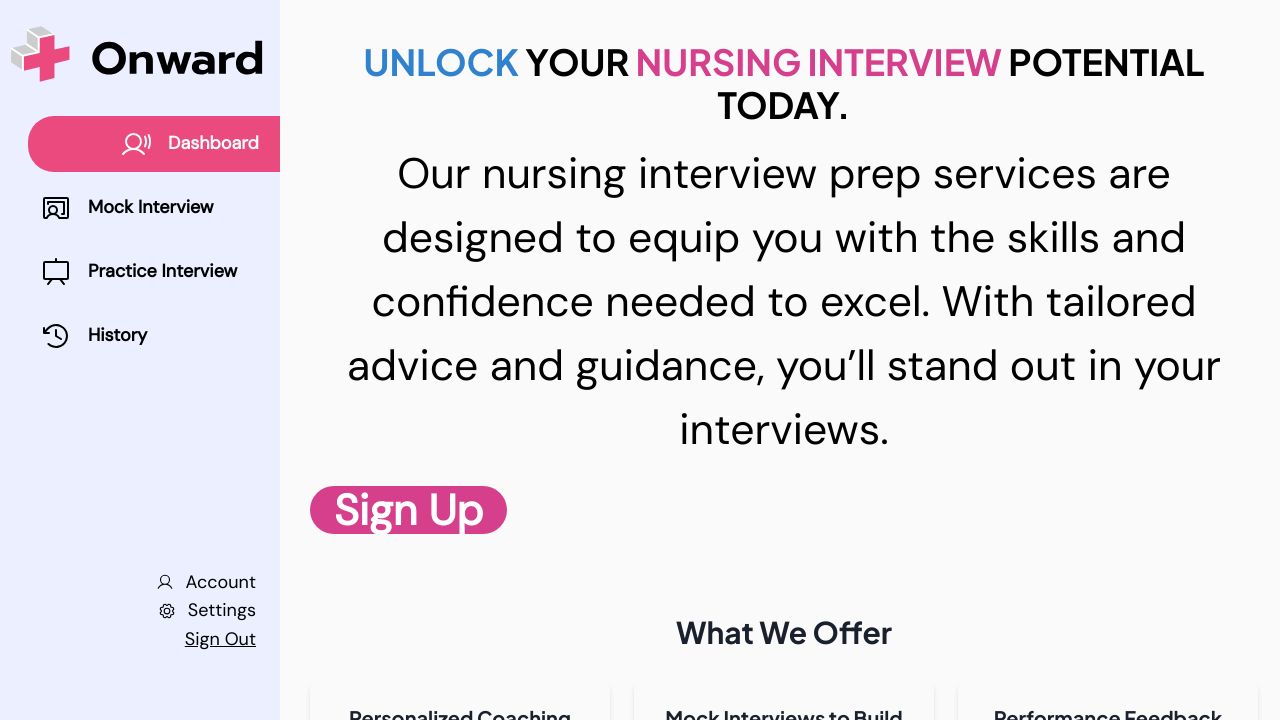
Repository: Aladdin3r/onward
Page: /landing-page
The author's editor kept a copy of each file at every save. The page is drawn from the files as they stood at one save, then again after a run of saves.
The browser window is 1280 px wide. The pictures show the whole page.
An inner scrolling area shows only its first screen. The project was rebuilt for these pictures with package versions that can differ from the ones it lists, and the page was loaded fresh each time. The framework's server and built-in components were replaced by stand-ins that run in the browser. Also part of the build but not shown: next.config.mjs, styles/components/AppTopNav.js.

Above is the page before, as saved 2024-10-29 01:33:14.

### pages/_app.js
import { ChakraProvider } from "@chakra-ui/react";
import theme from "@/styles/theme";

function MyApp({ Component, pageProps }) {
  return (
    <ChakraProvider theme={theme}>
      <Component {...pageProps} />
    </ChakraProvider>
  );
}

export default MyApp;

### pages/_document.js
import { Html, Head, Main, NextScript } from "next/document";

export default function Document() {
  return (
    <Html lang="en">
      <Head>
        <link
          href="https://fonts.googleapis.com/css2?family=DM+Sans:wght@400&family=Plus+Jakarta+Sans:wght@400;600;700&display=swap"
          rel="stylesheet"
        />
      </Head>
      <body>
        <Main />
        <NextScript />
      </body>
    </Html>
  );
}

### pages/landing-page.js
import {
    Box,
    Flex,
    Heading,
    Text,
    Stack,
    Button,
    Accordion,
    AccordionItem,
    AccordionButton,
    AccordionPanel,
    AccordionIcon
  } from "@chakra-ui/react";
  import Layout from "@/styles/components/Layout";
  import TopNav from "@/styles/components/TopNav";
  import { useRouter } from 'next/router';

  export default function Home() {
    const router = useRouter();

    // Button action function
    const handleSignUp = () => {
      router.push('/signup'); // Navigate to the sign-up page
    };

    return (
      <Layout>
        {/* Hero Section */}
        <Box  color="black" p={10} textAlign="center">
          <Heading fontFamily="heading" fontSize="4xl" fontWeight="bold" mb={4}>
            <Text as="span" color="blue.500">UNLOCK </Text>
            <Text as="span" color="black">YOUR </Text>
            <Text as="span" color="pink.500">NURSING INTERVIEW </Text>
            <Text as="span">POTENTIAL TODAY.</Text>
          </Heading>
          <Text fontFamily="body" fontSize="lg" mb={6}>
            Our nursing interview prep services are designed to equip you with the skills and confidence needed to excel. With tailored advice and guidance, you’ll stand out in your interviews.
          </Text>
          <Button colorScheme="pink" size="lg" onClick={handleSignUp}>Sign Up</Button>
        </Box>

        {/* What We Offer Section */}
        <Box p={10} textAlign="center" >
          <Heading fontFamily="heading" fontSize="3xl" mb={8}>What We Offer</Heading>
          <Flex justify="center" gap={6}>
            <Stack width="300px" borderRadius="md" boxShadow="md" p={6} textAlign="center">
              <Heading fontFamily="heading" fontSize="xl" mb={4}>Personalized Coaching for Your Success</Heading>
              <Text fontFamily="body">
                Receive AI coaching sessions tailored to your unique needs.
              </Text>
            </Stack>
            <Stack width="300px" borderRadius="md" boxShadow="md" p={6} textAlign="center">
              <Heading fontFamily="heading" fontSize="xl" mb={4}>Mock Interviews to Build Your Confidence</Heading>
              <Text fontFamily="body">
                Participate in realistic mock interviews to refine your skills.
              </Text>
            </Stack>
            <Stack width="300px" borderRadius="md" boxShadow="md" p={6} textAlign="center">
              <Heading fontFamily="heading" fontSize="xl" mb={4}>Performance Feedback for Your Empowerment</Heading>
              <Text fontFamily="body">
                Receive personalized feedback to refine your responses and improve your performance.
              </Text>
            </Stack>
          </Flex>
        </Box>

        {/* FAQ Section */}
        <Box  p={10} borderRadius="md" boxShadow="lg" maxW="1000px" mx="auto">
          <Heading fontFamily="heading" fontSize="3xl" textAlign="left" mb={4}>FAQs</Heading>
          <Text fontFamily="body" fontSize="s" textAlign="left" mb={8}>
            Find answers to about our nursing interview preperation
          </Text>
          <Accordion allowToggle>
            <AccordionItem>
              <h2>
                <AccordionButton>
                  <Box as="span" flex="1" textAlign="left" fontFamily="heading">What is Onward?</Box>
                  <AccordionIcon />
                </AccordionButton>
              </h2>
              <AccordionPanel pb={4} fontFamily="body">
                Onward is an AI-powered personal interview coach designed for nurses to enhance their job interview skills.
              </AccordionPanel>
            </AccordionItem>
            <AccordionItem>
              <h2>
                <AccordionButton>
                  <Box as="span" flex="1" textAlign="left" fontFamily="heading">Who is this for?</Box>
                  <AccordionIcon />
                </AccordionButton>
              </h2>
              <AccordionPanel pb={4} fontFamily="body">
                This service is designed for nurses, especially those new to the Canadian healthcare system.
              </AccordionPanel>
            </AccordionItem>
            <AccordionItem>
              <h2>
                <AccordionButton>
                  <Box as="span" flex="1" textAlign="left" fontFamily="heading">Do you keep my data and audio files?</Box>
                  <AccordionIcon />
                </AccordionButton>
              </h2>
              <AccordionPanel pb={4} fontFamily="body">
                Yes, we securely store data as per our privacy policy to enhance your interview coaching experience.
              </AccordionPanel>
            </AccordionItem>
            <AccordionItem>
              <h2>
                <AccordionButton>
                  <Box as="span" flex="1" textAlign="left" fontFamily="heading">Why did we make this site?</Box>
                  <AccordionIcon />
                </AccordionButton>
              </h2>
              <AccordionPanel pb={4} fontFamily="body">
                Onward aims to empower nurses by providing interview preparation tools tailored to their needs.
              </AccordionPanel>
            </AccordionItem>
          </Accordion>
        </Box>
      </Layout>
    );
  }

### styles/theme.js
import { extendTheme } from "@chakra-ui/react";
import { theme as chakraTheme } from "@chakra-ui/react";
import Button from './components/Button';
import { Stepper } from "@chakra-ui/react";

const fonts = {
    ...chakraTheme.fonts,
    body: "DM Sans",
    heading: "Plus Jakarta Sans",
}

const overrides = {
    ...chakraTheme,
    fonts,
    components: {
        Button: {
            ...Button,
        },
    },
    fontWeights: {
        normal: 400,
        medium: 500,
        bold: 700,
    },
    fontSizes: {
        xxs: "14pt",
        xs: "16pt",
        sm: "20pt",
        md: "24pt",
        lg: "32pt",
    },
    colors: {
       brand: {
        blushPink: "#EA4A7D",
        pastelBlue: "#CBD5FF",
        blueberryCreme: "#EBEFFF",
        frostWhite: "#FAFAFA",
        nightBlack: "#1f1f1f",
        platinum: "#e2e2e2",
        confirmationGreen: "#61CD3D",
        imperialRed: "EA4A4D",
        canaryYellow: "#EAE84A",
        oceanBlue: "#214DDF",
        pureWhite: "#FFFFFF"
        }
    },
    styles: {
        global: {
            body: {
                bg: "frostWhite",
            },
        },
    },
}

const customTheme = extendTheme(overrides);

export default customTheme;

### styles/components/Layout.js
import { useEffect, useState } from "react";
import { useRouter } from "next/router";
import { SideNavBar } from "@/styles/components/SideNav";
import AppTopNav from "@/styles/components/AppTopNav";
import { Box, Flex } from "@chakra-ui/react";
import { ChalkboardTeacher, ClockCounterClockwise, UserSound, Presentation, User, Gear  } from "@phosphor-icons/react";

export default function Layout({ children, pageTitle, showTopNav}) {
  const router = useRouter();
  const [activeVariant, setActiveVariant] = useState("default");

  const variants = {
    default: "/",
    variant2: "/mock-interview",
    variant3: "/practice-interview",
    variant4: "/history",
  };

  const bottomVariants = {
    account: {
      label: "Account",
      icon: <User size={18} />, // Ensure the icon is imported
      path: "/account"
    },
    settings: {
      label: "Settings",
      icon: <Gear size={18} />, // Ensure the icon is imported
      path: "/settings"
    },
    signOut: {
      label: "Sign Out",
      icon: null,
      path: "/"
    }
  };


  // Update active link based on the URL
  useEffect(() => {
    const currentPath = router.pathname;
    const foundVariant = Object.keys(variants).find(
      (key) => variants[key] === currentPath ||
                (Array.isArray(variants[key]) && variants[key].some(p => currentPath.startsWith(p))) // Checks if path starts with variant path
    );
    setActiveVariant(foundVariant || "default");
  }, [router.pathname]);

  return (
    <Flex width="100%" height="100vh" overflow="hidden" bg="brand.frostWhite">
      {/* Sidebar */}
      <Box
        as="nav"
        position="fixed"
        height="100vh"
        bg="white"
        zIndex="1000"
      >
        <SideNavBar activeVariant={activeVariant} bottomVariants={bottomVariants}/>
      </Box>

      {/* main content area */}
      <Box flex="1" marginLeft="72" overflowY="auto">
      {showTopNav && <AppTopNav  />}


        {/* interview app content */}
        <Box
          minH="100vh"
          maxWidth={{ base: "100%", md: "1200px" }}
          mx="auto"
          bg="brand.frostWhite"
        >
          <Flex justify="center">
            <main>{children}</main>
          </Flex>
        </Box>
      </Box>
    </Flex>
  );
}

### styles/components/Button.js
const Button = {
    baseStyle: {
      display: 'flex',
      borderRadius: '999px',
      fontFamily: 'DM Sans',
      _hover: {
        boxShadow: '0px 4px 4px 0px rgba(0, 0, 0, 0.45)',
      },
      padding: 3,
    },
    sizes: {
      xs: {
        fontSize: ['12pt', '14pt', '16pt'], // Responsive font sizes for xs
        px: [2, 3], // Responsive padding
      },
      sm: {
        fontSize: ['14pt', '16pt', '20pt'],
        px: [2, 4],
      },
      md: {
        fontSize: ['16pt', '20pt', '24pt'],
        px: [3, 5],
      },
      lg: {
        fontSize: ['20pt', '28pt', '32pt'],
        px: [4, 6],
      },
    },
    variants: {
      lgPrimary: {
        bg: 'brand.blushPink',
        color: 'brand.frostWhite',
        width: ['100%', '325px'], // 100% width on smaller screens
        height: '72px',
        fontSize: ['20pt', '28pt', '32pt'], // Responsive font size
        borderRadius: '999px',
      },
      mdPrimary: {
        bg: 'brand.blushPink',
        color: 'brand.frostWhite',
        width: ['100%', '225px'],
        height: '72px',
        fontSize: ['16pt', '20pt', '24pt'],
        borderRadius: '999px',
      },
      smPrimary: {
        bg: 'brand.blushPink',
        color: 'brand.frostWhite',
        width: ['100%', '150px'],
        height: '64px',
        fontSize: ['14pt', '16pt', '20pt'],
        borderRadius: '999px',
      },
      xsPrimary: {
        bg: 'brand.blushPink',
        color: 'brand.frostWhite',
        width: ['100%', '117px'],
        height: '32px',
        fontSize: ['12pt', '14pt', '18pt'],
        borderRadius: '999px',
      },
      lgSecondary: {
        bg: 'brand.platinum',
        color: 'brand.nightBlack',
        width: ['100%', '325px'],
        height: '72px',
        fontSize: ['20pt', '28pt', '32pt'],
        borderRadius: '999px',
        _hover: {
          bg: 'brand.blushPink',
          color: 'brand.frostWhite',
          boxShadow: '0px 4px 4px 0px rgba(0, 0, 0, 0.45)',
        },
      },
      mdSecondary: {
        bg: 'brand.platinum',
        color: 'brand.nightBlack',
        width: ['100%', '225px'],
        height: '72px',
        fontSize: ['16pt', '20pt', '24pt'],
        borderRadius: '999px',
        _hover: {
          bg: 'brand.blushPink',
          color: 'brand.frostWhite',
          boxShadow: '0px 4px 4px 0px rgba(0, 0, 0, 0.45)',
        },
      },
      smSecondary: {
        bg: 'brand.platinum',
        color: 'brand.nightBlack',
        width: ['100%', '150px'],
        height: '64px',
        fontSize: ['14pt', '16pt', '20pt'],
        borderRadius: '999px',
        _hover: {
          bg: 'brand.blushPink',
          color: 'brand.frostWhite',
          boxShadow: '0px 4px 4px 0px rgba(0, 0, 0, 0.45)',
        },
      },
      xsSecondary: {
        bg: 'brand.platinum',
        color: 'brand.nightBlack',
        width: ['100%', '117px'],
        height: '32px',
        fontSize: ['12pt', '14pt', '18pt'],
        borderRadius: '999px',
        _hover: {
          bg: 'brand.blushPink',
          color: 'brand.frostWhite',
          boxShadow: '0px 4px 4px 0px rgba(0, 0, 0, 0.45)',
        },
      },
    },
  };

  export default Button;

### styles/components/SideNav.js
import { useState } from "react";
import PropTypes from "prop-types";
import Link from "next/link";
import { Box, Flex, Text, VStack, Image } from "@chakra-ui/react";
import { ChalkboardTeacher, ClockCounterClockwise, UserSound, Presentation, User, Gear } from "@phosphor-icons/react";

// Define each variant and associated icon, label, and path(s)
const variants = {
  default: {
    label: "Dashboard",
    icon: <UserSound size={32} />,
    path: "/"
  },
  variant2: {
    label: "Mock Interview",
    icon: <ChalkboardTeacher size={32} />,
    path: "/mock-interview"
  },
  variant3: {
    label: "Practice Interview",
    icon: <Presentation size={32} />,
    path: [
      "/practice-interview",
      "/practice-interview-filter",
      "/practice-interview-questions",
      "/practice-interview-answer",
      "/practice"
    ]
  },
  variant4: {
    label: "History",
    icon: <ClockCounterClockwise size={32} />,
    path: "/history"
  },
};

// Define the bottom section items with default values
const defaultBottomVariants = {
  account: {
    label: "Account",
    icon: <User size={18} />,
    path: "/account"
  },
  settings: {
    label: "Settings",
    icon: <Gear size={18} />,
    path: "/settings"
  },
  signOut: {
    label: "Sign Out",
    icon: null,
    path: "/"
  }
};

// Main SideNavBar component
export const SideNavBar = ({ activeVariant, bottomVariants = defaultBottomVariants }) => {
  return (
    <Flex
      bg="brand.blueberryCreme"
      height="100vh"
      width="280px"
      position="fixed"
      flexDir="column"
    >
      {/* logo box */}
      <Box fontSize={{ base: 'sm', md: 'md' }} mt="1rem">
        <Link href="/">
          <Image src="logo.svg" alt="Onward Logo" style={{ padding: "0.6rem" }} width="100%" />
        </Link>
      </Box>

      {/* nav menu */}
      <Box mt="1.5rem" overflow="hidden">
        <VStack align="flex-start" spacing={2} width="100%" ml="10%">
          {variants && Object.keys(variants).map((variant) => {
            const isActive = activeVariant === variant;
            return (
              <Link href={Array.isArray(variants[variant].path) ? variants[variant].path[0] : variants[variant].path} key={variant} passHref>
                <Flex
                  align="center"
                  cursor="pointer"
                  width="280px"
                  bg={isActive ? "brand.blushPink" : "none"} // Active background
                  color={isActive ? "brand.frostWhite" : "initial"} // Active text color
                  p={3}
                  borderLeftRadius="26px"
                  transition="transform 0.5s ease-in-out, background-color 0.4s, color 0.4s"
                  _hover={{
                    bg: "brand.blushPink",
                    color: "brand.frostWhite",
                    borderRadius: "26px 0 0 26px",
                    transition: "background-color 0.3s, transform 0.3s",
                  }}
                >
                  <Box pl={isActive ? "5rem" : 0} mr={4}>
                    {variants[variant].icon}
                  </Box>
                  <Text fontFamily="body" fontSize="18px" fontWeight="bold">
                    {variants[variant].label}
                  </Text>
                </Flex>
              </Link>
            );
          })}
        </VStack>
      </Box>

      {/* Bottom Section for Account, Settings, and Sign Out Links */}
      <Box mb={2} mt="13rem" width="100%">
        <VStack width="100%" align="flex-end">
          {bottomVariants && Object.keys(bottomVariants).map((variant) => {
            const isActive = activeVariant === variant;
            return (
              <Link
                href={bottomVariants[variant].path}
                key={variant}
                passHref
              >
                <Flex
                  align="center"
                  cursor="pointer"
                  width="100%"
                  height="1.3rem"
                  bg={isActive ? "brand.blushPink" : "none"} // Active background
                  color={isActive ? "brand.frostWhite" : "initial"} // Active text color
                  borderRadius="md"
                  pr="1.5rem"
                  transition="transform 0.3s ease-in-out, background-color 0.3s, color 0.3s"
                  _hover={{
                    color: "brand.blushPink",
                    borderRadius: "26px 0 0 26px",
                    transition: "background-color 0.3s, transform 0.3s",
                  }}
                >

                  <Box mr={3}>
                    {bottomVariants[variant].icon}
                  </Box>
                  <Text fontFamily="body" fontSize="18px" fontWeight="regular" textAlign="left"
                    textDecoration={variant === 'signOut' ? 'underline' : 'none'}
                  >
                    {bottomVariants[variant].label}
                  </Text>
                </Flex>
              </Link>
            );
          })}
        </VStack>
      </Box>
    </Flex>
  );
};

SideNavBar.propTypes = {
  activeVariant: PropTypes.oneOf(["variant4", "variant2", "variant3", "default"]),
  bottomVariants: PropTypes.object, // Define bottomVariants as an optional object
};

SideNavBar.defaultProps = {
  bottomVariants: {},
};

### styles/components/TopNav.js
'use client'
import {
    Box,
    Flex,
    useColorModeValue,
    IconButton,
    Image,
    Link,
} from "@chakra-ui/react";
import { User, Gear } from "@phosphor-icons/react";

export default function TopNav() {
    const bgColor = useColorModeValue('#fff', 'brand.nightBlack');

    return (
        <Box bg={bgColor} px={4} borderBottom="1px solid #E6EAF2">
            <Flex h={"104px"} alignItems={'center'} justifyContent={'space-between'}>
                <Box fontSize={{ base: 'md', md: 'lg' }}>
                    <Link href="/">
                        <Image src="logo.svg" boxSize="253px" alt="Onward Logo" style={{ padding: "30px" }} />
                    </Link>
                </Box>
                <Flex alignItems={'center'}>
                    <Link href="/user">
                        <IconButton
                            aria-label="User settings"
                            icon={<User />}
                            variant="ghost"
                            mr="55px"
                        />
                    </Link>
                    <Link href="/settings">
                        <IconButton
                            aria-label="Settings"
                            icon={<Gear />}
                            variant="ghost"
                        />
                    </Link>
                </Flex>
            </Flex>
        </Box>
    );
}

After the next 6 saves:
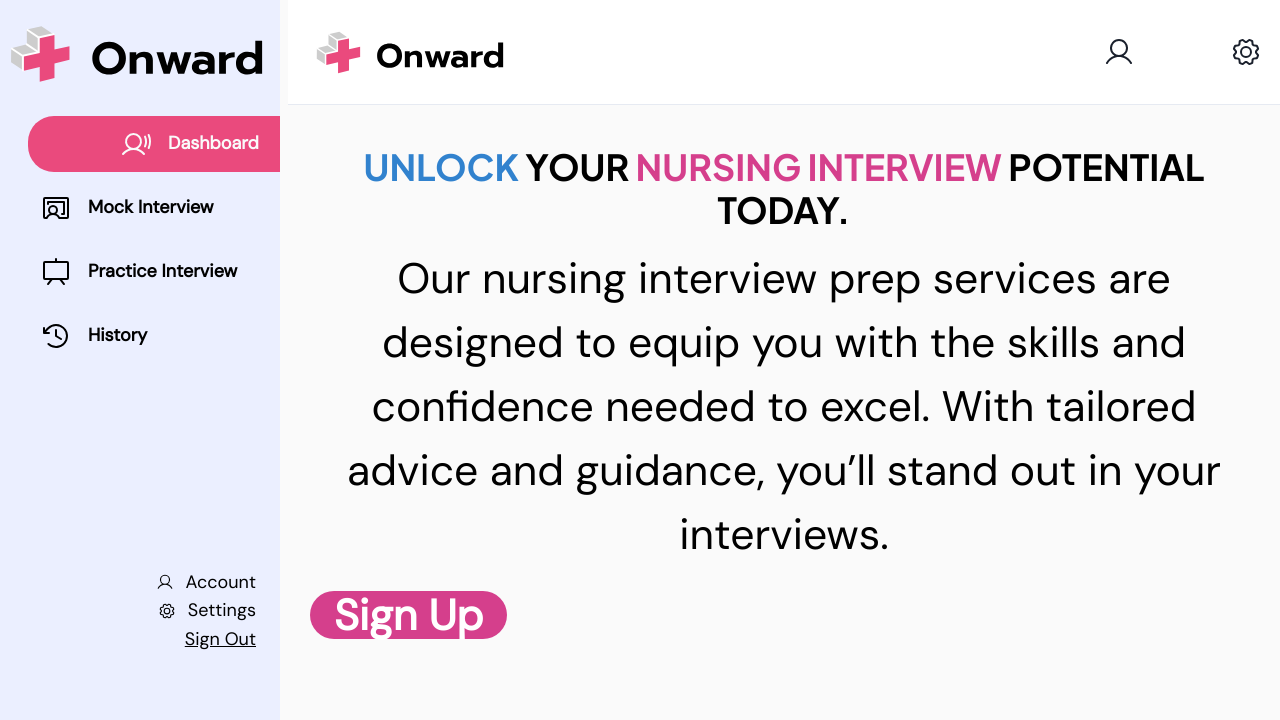
The 6 saves are shown as one change because they came seconds apart.
The last was saved 26 s later.
--- a/pages/landing-page.js
+++ b/pages/landing-page.js
@@ -26,6 +26,7 @@ import {
     return (
       <Layout>
         {/* Hero Section */}
+        <TopNav/>
         <Box  color="black" p={10} textAlign="center">
           <Heading fontFamily="heading" fontSize="4xl" fontWeight="bold" mb={4}>
             <Text as="span" color="blue.500">UNLOCK </Text>
